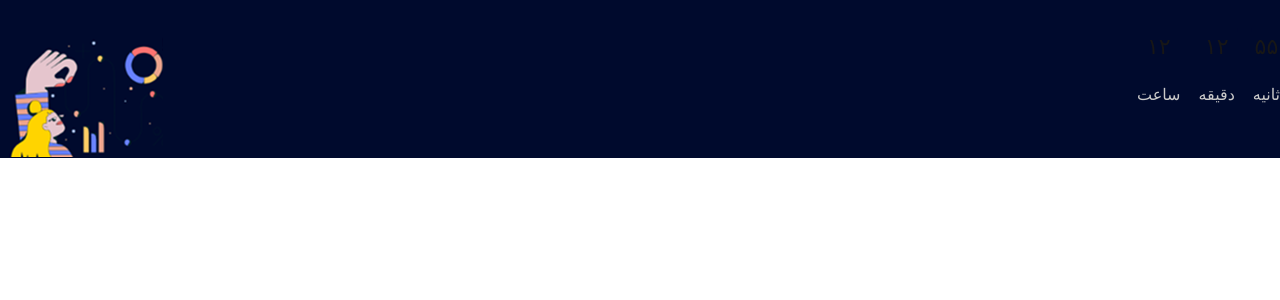
Repository: sinafath/fradars
Page: /
The author's editor kept a copy of each file at every save. The page is drawn from the files as they stood at one save, then again after the next save.
The browser window is 1280 px wide. The pictures show the whole page.
The project was rebuilt for these pictures with package versions that can differ from the ones it lists, and the page was loaded fresh each time. The framework's server and built-in components were replaced by stand-ins that run in the browser. Also part of the build but not shown: next.config.ts.

Above is the page before, as saved 2025-09-21 17:56:00.

After the next save:
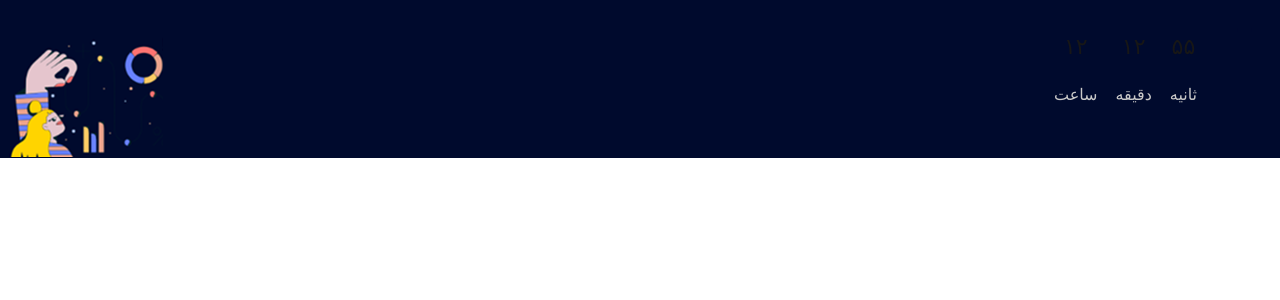
Saved 10 s later.
--- a/src/app/page.tsx
+++ b/src/app/page.tsx
@@ -21,7 +21,7 @@
         width={15}
         height={15}
       />
-      <Row className="top-[30px] absolute right=[83px] gap-[18px]" >
+      <Row className="top-[30px] absolute right-[83px] gap-[18px]" >
         <Column className="gap-[20px] text-center">
           <span className="text-[22px] text-[rgba(191, 79, 67, 1)]">۵۵</span>
           <span className="text-[#C9C9C9] text-[16px]">ثانیه</span>
